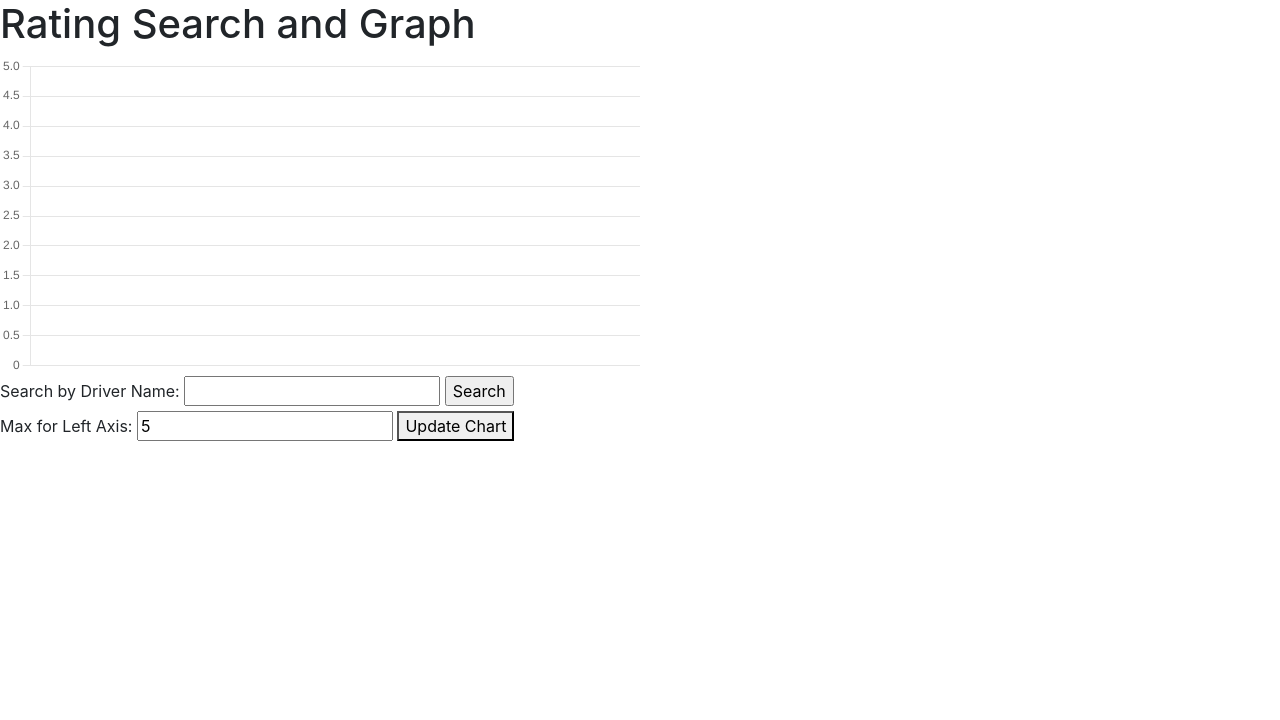
Repository: adrcstro/TrackingManagement
Page: http://localhost/tcpdf/Loginsystem/fetchdata.php
These files come from the project's save history. The page is drawn as it stood at one moment and after the next save; the edit follows.
The browser window is 1280 px wide. The pictures show the whole page.
Some web libraries are served in a nearby version. The page is run by PHP 8.4 with error messages shown; the project is at /var/www/html/. Queries for data that is not in the repository find no rows.

Above is the page before, as saved 2023-11-24 18:27:26.
Console error: TypeError: Cannot read properties of null (reading 'addEventListener')

After the next save:
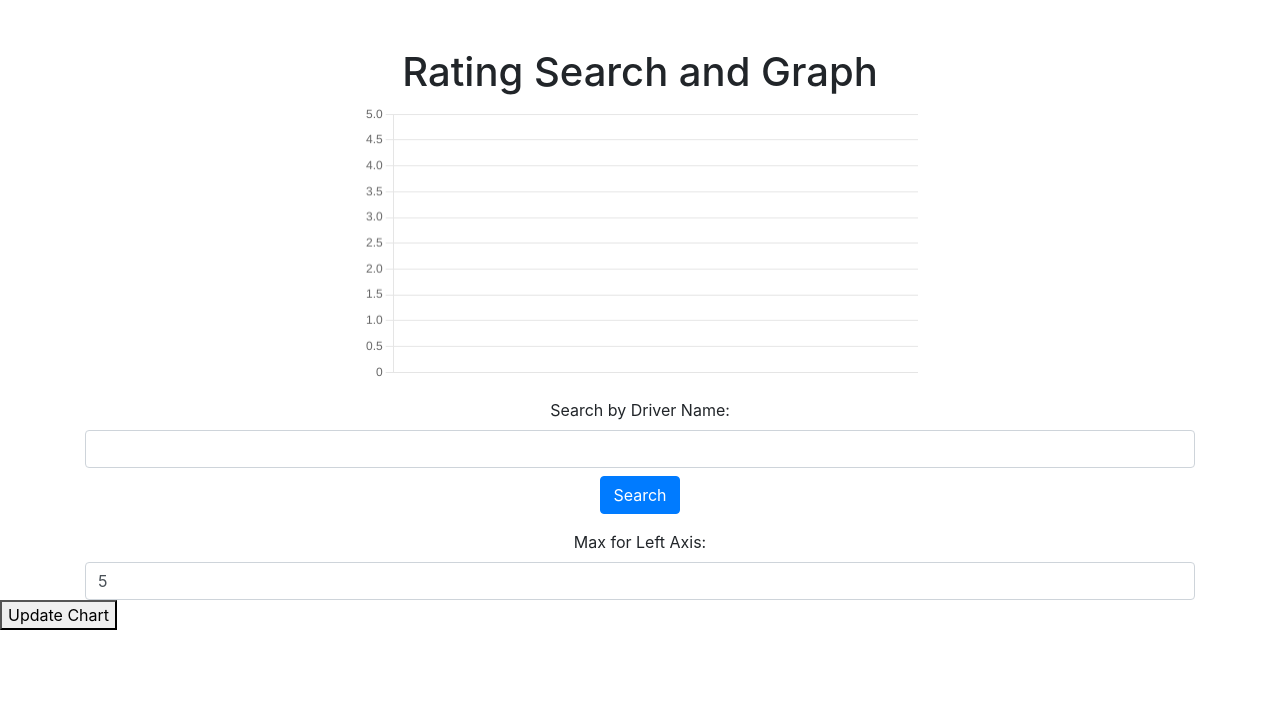
Saved 2 min 43 s later.
--- a/Loginsystem/fetchdata.php
+++ b/Loginsystem/fetchdata.php
@@ -49,23 +49,25 @@
 <body>
 
 
-<h1>Rating Search and Graph</h1>
-<div style="width: 50%;">
-    <canvas id="myChart"></canvas>
+<div class="container text-center mt-5">
+    <h1>Rating Search and Graph</h1>
+
+    <div class="mx-auto" style="width: 50%;">
+        <canvas id="myChart"></canvas>
+    </div>
+
+    <form method="post" action="" class="mt-3">
+        <label for="search">Search by Driver Name:</label>
+        <input type="text" name="search" id="search" class="form-control">
+        <input type="submit" value="Search" class="btn btn-primary mt-2">
+    </form>
+
+    <div class="mt-3">
+        <!-- Input field for max value of left axis -->
+        <label for="maxLeft">Max for Left Axis:</label>
+        <input type="number" name="maxLeft" id="maxLeft" value="5" class="form-control">
+    </div>
 </div>
-
-<form method="post" action="">
-    <label for="search">Search by Driver Name:</label>
-    <input type="text" name="search" id="search">
-    <input type="submit" value="Search">
-
-</form>
-
-
-
-<!-- Input field for max value of left axis -->
-<label for="maxLeft">Max for Left Axis:</label>
-<input type="number" name="maxLeft" id="maxLeft" value="5">
 
 <button onclick="updateChart()">Update Chart</button>
 
@@ -276,6 +278,15 @@
 <script src="https://cdn.jsdelivr.net/npm/@popperjs/core@2.5.3/dist/umd/popper.min.js"></script>
 <script src="https://maxcdn.bootstrapcdn.com/bootstrap/4.5.2/js/bootstrap.min.js"></script>
 <script src="https://kit.fontawesome.com/your-font-awesome-kit-id.js" crossorigin="anonymous"></script>
+
+
+
+
+
+
+
+
+
 <script>
     // Initialize Bootstrap tooltips
     $(function () {

After the save that followed:
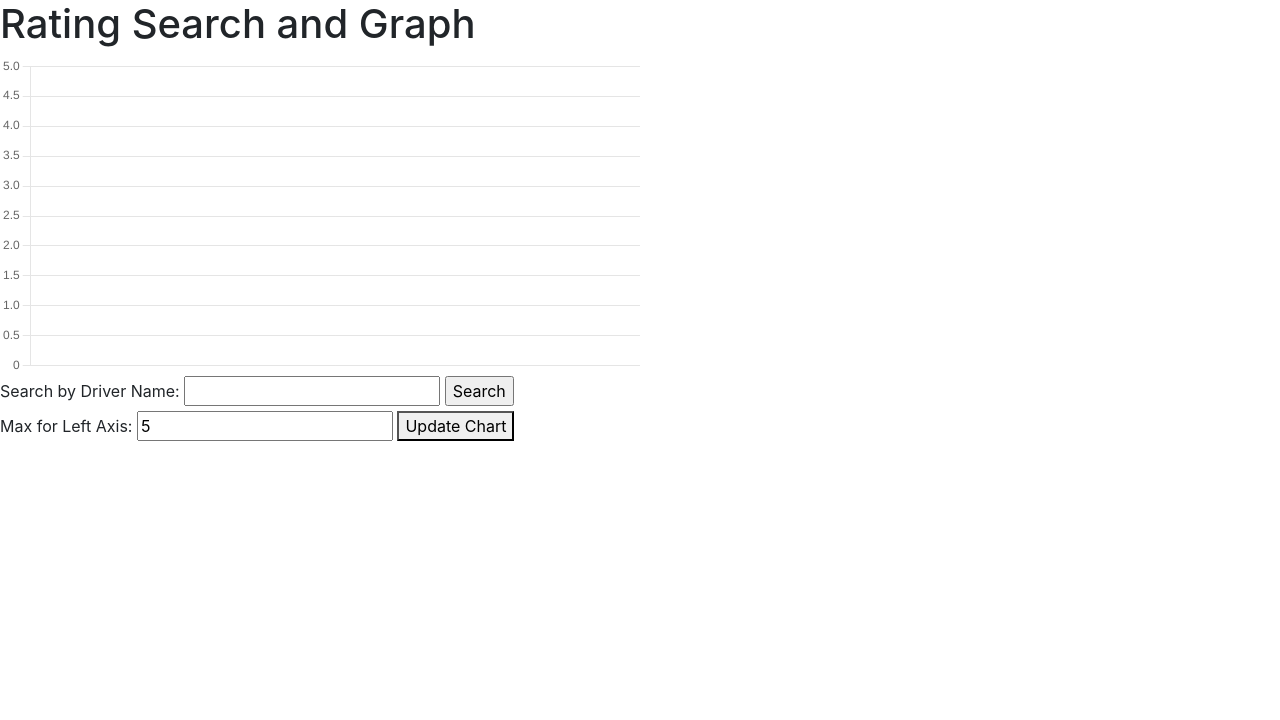
Saved 40 s later.
--- a/Loginsystem/fetchdata.php
+++ b/Loginsystem/fetchdata.php
@@ -49,25 +49,23 @@
 <body>
 
 
-<div class="container text-center mt-5">
-    <h1>Rating Search and Graph</h1>
-
-    <div class="mx-auto" style="width: 50%;">
-        <canvas id="myChart"></canvas>
-    </div>
-
-    <form method="post" action="" class="mt-3">
-        <label for="search">Search by Driver Name:</label>
-        <input type="text" name="search" id="search" class="form-control">
-        <input type="submit" value="Search" class="btn btn-primary mt-2">
-    </form>
-
-    <div class="mt-3">
-        <!-- Input field for max value of left axis -->
-        <label for="maxLeft">Max for Left Axis:</label>
-        <input type="number" name="maxLeft" id="maxLeft" value="5" class="form-control">
-    </div>
+<h1>Rating Search and Graph</h1>
+<div style="width: 50%;">
+    <canvas id="myChart"></canvas>
 </div>
+
+<form method="post" action="">
+    <label for="search">Search by Driver Name:</label>
+    <input type="text" name="search" id="search">
+    <input type="submit" value="Search">
+
+</form>
+
+
+
+<!-- Input field for max value of left axis -->
+<label for="maxLeft">Max for Left Axis:</label>
+<input type="number" name="maxLeft" id="maxLeft" value="5">
 
 <button onclick="updateChart()">Update Chart</button>
 
